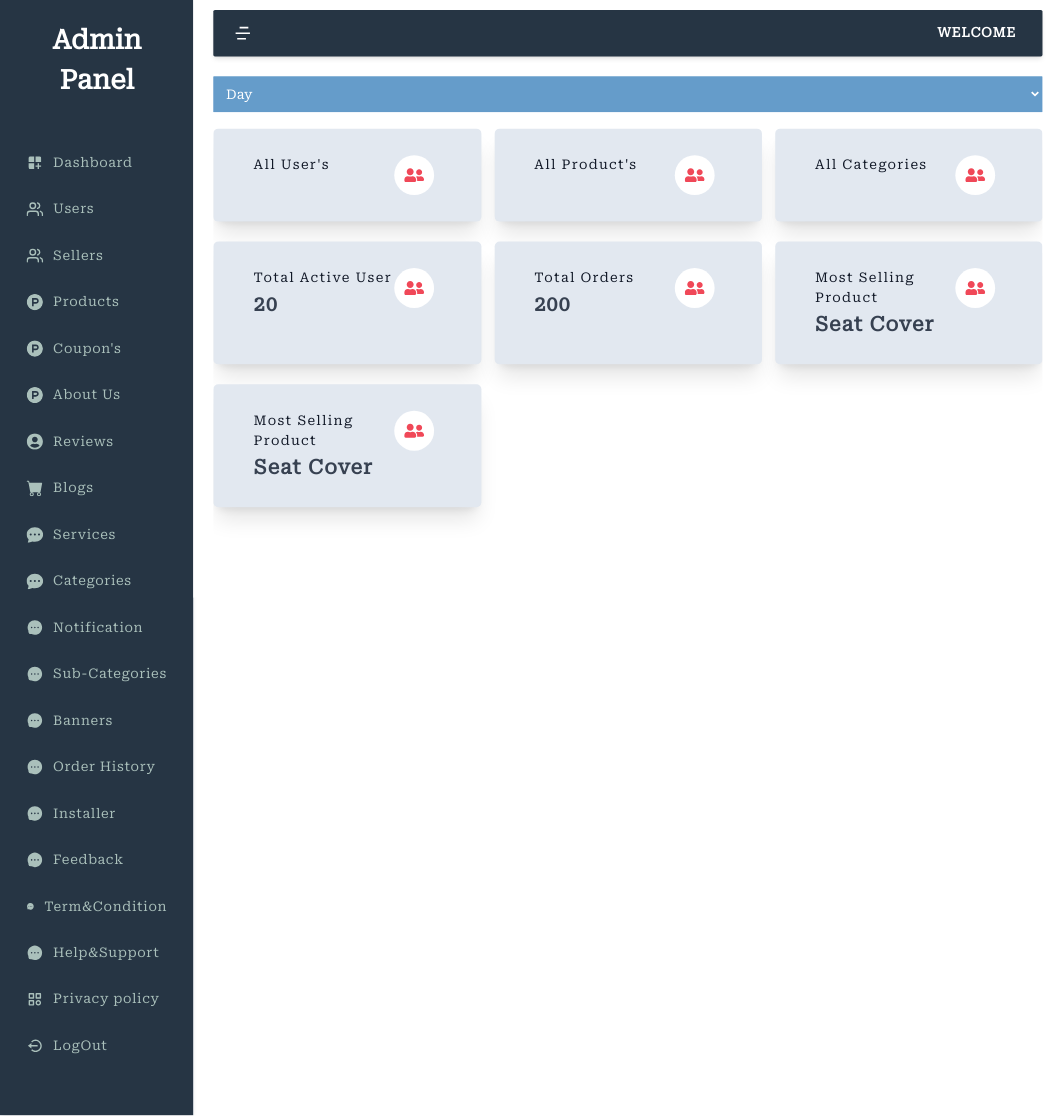
Repository: FlyweisReact/Arun-Chauhan
Page: /dashboard
These files come from the project's save history. The page is drawn as it stood at one moment and after the next save; the edit follows.
The browser window is 1280 px wide. The pictures show the whole page, at 83% of full size.
The page's requests for data from a server got no answer. Some web libraries are served in a nearby version. The project was rebuilt for these pictures with package versions that can differ from the ones it lists, and the page was loaded fresh each time. No one was signed in, and anything a server would have sent is missing. Also part of the build but not shown: src/AdminPanel/pages/Privacy.js, src/AdminPanel/pages/Category.js, src/AdminPanel/pages/FeedBack.js, src/AdminPanel/pages/TermsCon.js, src/AdminPanel/pages/HelpSupport.js, src/AdminPanel/pages/OrderHistory.js, src/AdminPanel/pages/Installar.js, src/AdminPanel/pages/Sellers.js and 23 more.

Above is the page before, as saved 2023-03-22 16:36:09.

After the next save:
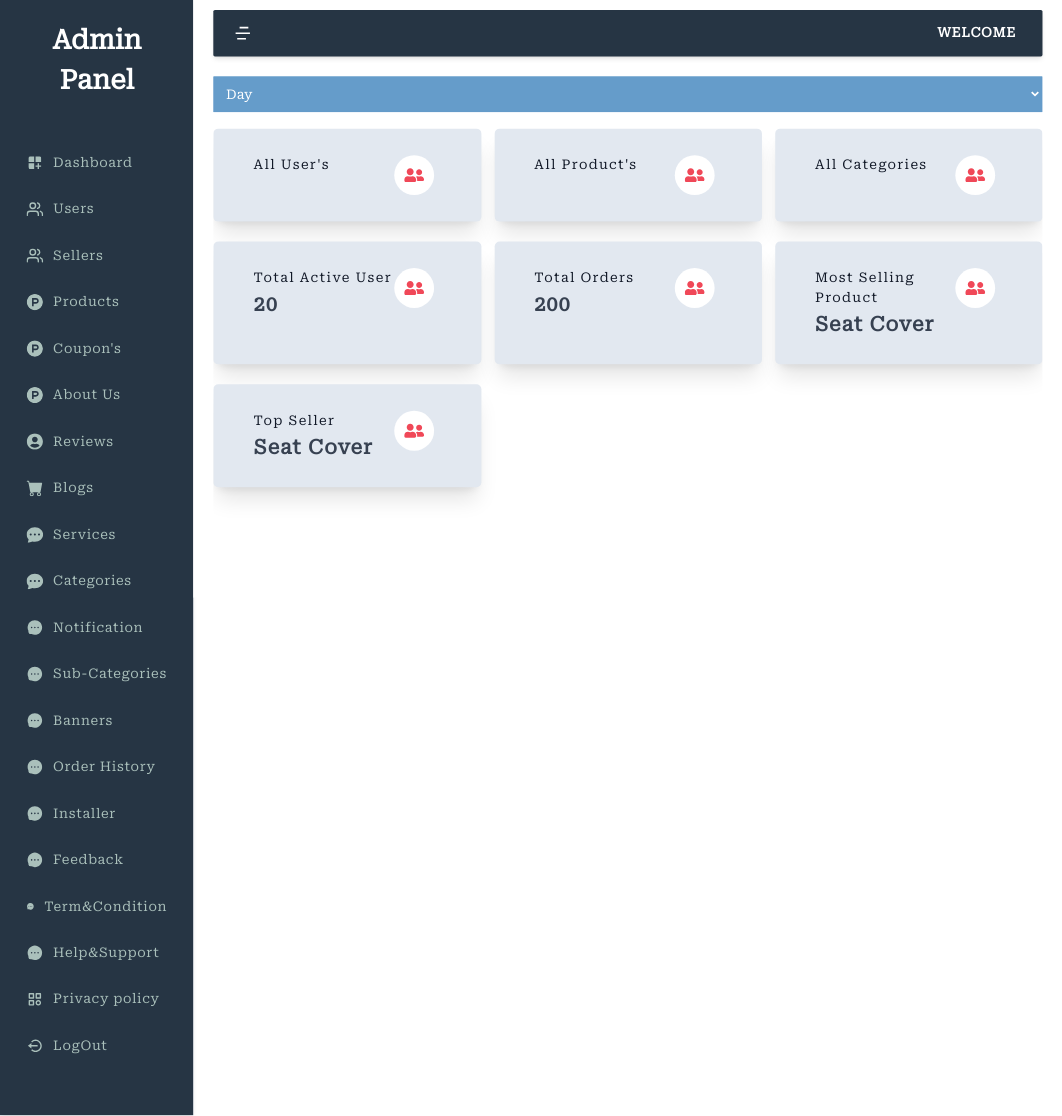
Saved 7 s later.
--- a/src/AdminPanel/pages/Dashboard.jsx
+++ b/src/AdminPanel/pages/Dashboard.jsx
@@ -101,7 +101,7 @@ const Dashboard = () => {
     },
     {
       progress: "bg-blue-400",
-      title: "Most Selling Product",
+      title: "Top Seller",
       number: "Seat Cover",
       icon: <FaUserFriends className="text-2xl text-[rgb(240,72,88)]" />,
       link: "/products",
